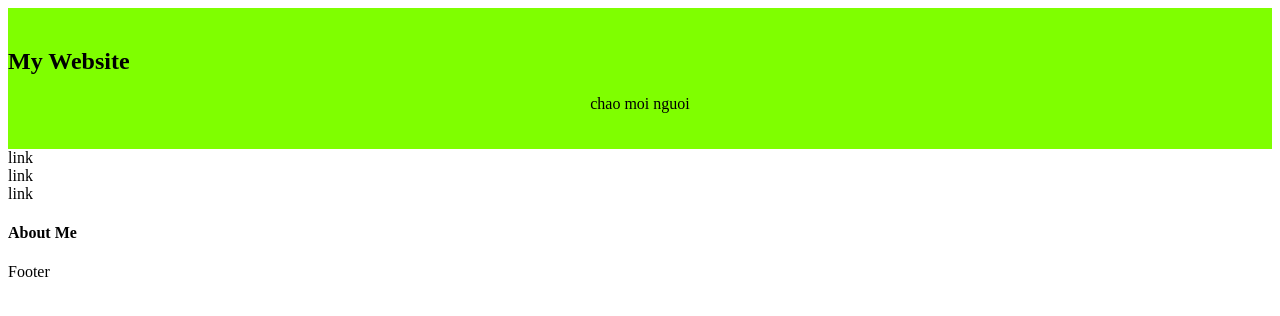
Repository: Lehuyhuynh/BTH2-CSS
Page: BTH2/index,.html
An editor plug-in stored every save of this project. The page is shown before and after the next save, followed by the edit.
The browser window is 1280 px wide. The pictures show the whole page.

Above is the page before, as saved 2023-08-09 23:03:29.

After the next save:
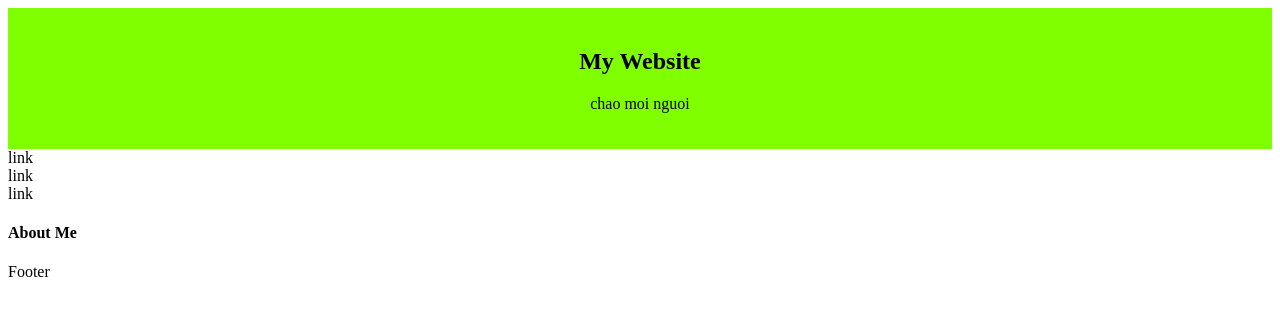
Saved 7 s later.
--- a/BTH2/style.css
+++ b/BTH2/style.css
@@ -2,7 +2,7 @@
   background-color: chartreuse;
   padding: 20px 0;
 }
-h3{
+h2{
   text-align: center;
 }
 p{
